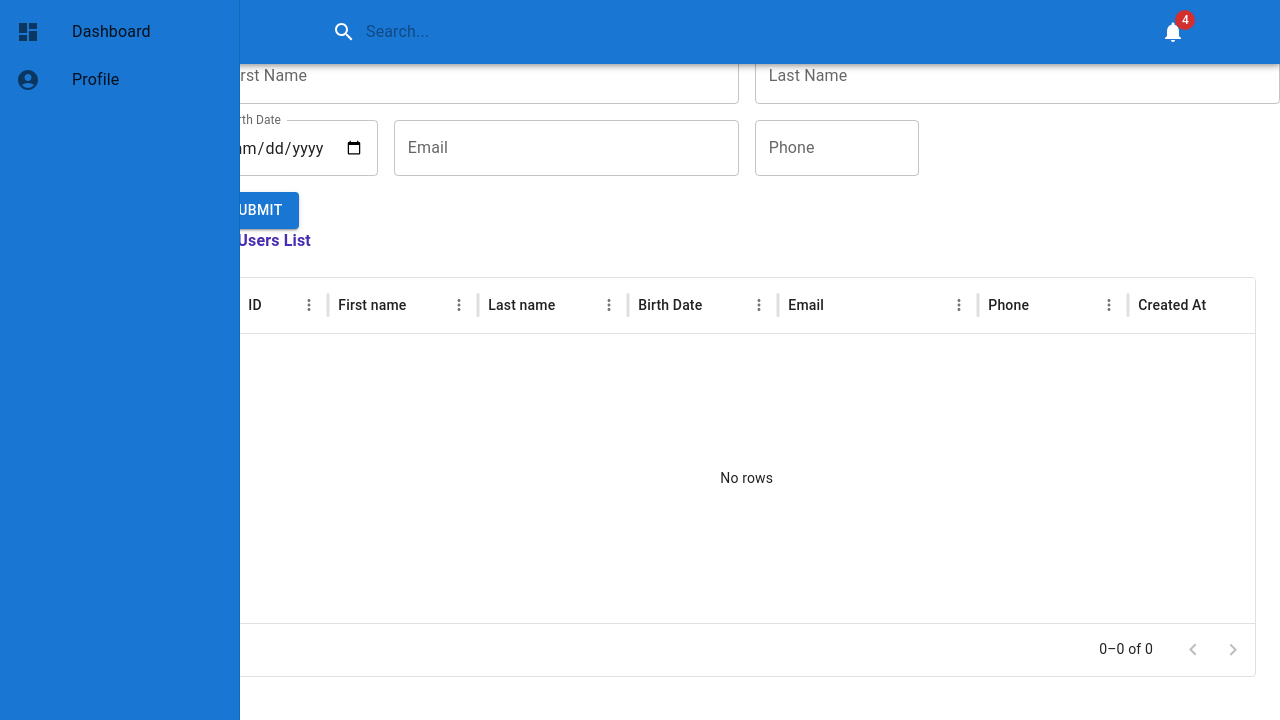
Repository: lenx0/front-client-manager
Page: /
The author's editor kept a copy of each file at every save. The page is drawn from the files as they stood at one save, then again after the next save.
The browser window is 1280 px wide. The pictures show the whole page.
The page's requests for data from a server got no answer. The project was rebuilt for these pictures with package versions that can differ from the ones it lists, and the page was loaded fresh each time. No one was signed in, and anything a server would have sent is missing. Also part of the build but not shown: vite.config.js, src/App.css.

Above is the page before, as saved 2024-06-25 12:39:35.

### index.html
<!doctype html>
<html lang="en">
  <head>
    <meta charset="UTF-8" />
    <meta name="viewport" content="width=device-width, initial-scale=1.0" />
    <title>Client Manager</title>
  </head>
  <body>
    <div id="root"></div>
    <script type="module" src="/src/main.jsx"></script>
  </body>
</html>

### src/App.jsx
import { Box, Grid } from '@mui/material'
import './App.css'
import UserForm from './components/UserForm'
import UserList from './components/UserList'
import Header from './components/Layout/Header'
import Sidebar from './components/Layout/Sidebar'

function App() {

  return (
    <Grid container>
      <Grid item xs={12}>
        <Header />
      </Grid>
      <Grid item xs={2}>
        <Sidebar />
      </Grid>
      <Grid item xs={10}>
        <UserForm />
        <UserList />
      </Grid>
    </Grid>
  )
}

export default App

### src/components/UserForm.jsx
import React from 'react';
import { useForm } from 'react-hook-form';
import CustomInput from './CustomInput';
import { Button, Grid, Typography } from '@mui/material';
import axios from 'axios';

const UserForm = () => {
  const { handleSubmit, control, reset } = useForm();

  const onSubmit = async (data) => {
    try {
      const response = await axios.post('http://localhost:3100/v1/users/create', data);
      console.log('Dados enviados com sucesso:', response.data);
      reset();
    } catch (error) {
      console.error('Erro ao enviar dados:', error);
    }
  };

  return (
    <Grid container direction="column" xs={12}>
      <Typography fontWeight={700} pb={3} color="#492cb3">
        General Details
      </Typography>
      <form onSubmit={handleSubmit(onSubmit)}>
        <Grid container spacing={2}>
          <Grid item xs={6}>
            <CustomInput
              name="firstName"
              control={control}
              label="First Name"
              rules={{ required: 'First name is required' }}
            />
          </Grid>
          <Grid item xs={6}>
            <CustomInput
              name="lastName"
              control={control}
              label="Last Name"
              rules={{ required: 'Last name is required' }}
            />
          </Grid>
          <Grid item xs={2}>
            <CustomInput
              name="birthDate"
              control={control}
              label="Birth Date"
              placeHolder="none"
              type="date"
              rules={{ required: 'Birth date is required' }}
              defaultValue=""
            />
          </Grid>
          <Grid item xs={4}>
            <CustomInput
              name="email"
              control={control}
              label="Email"
              type="email"
              rules={{
                required: 'Email is required',
                pattern: {
                  value: /^[a-zA-Z0-9_.+-]+@[a-zA-Z0-9-]+\.[a-zA-Z0-9-.]+$/,
                  message: 'Enter a valid email address',
                },
              }}
            />
          </Grid>
          <Grid item xs={2}>
            <CustomInput
              name="phone"
              control={control}
              label="Phone"
              rules={{ required: 'Phone number is required' }}
            />
          </Grid>
          <Grid item xs={12}>
            <Button type="submit" variant="contained" color="primary">
              Submit
            </Button>
          </Grid>
        </Grid>
      </form>
    </Grid>
  );
};

export default UserForm;

### src/components/UserList/index.jsx
import React, { useState, useEffect } from 'react';
import { DataGrid } from '@mui/x-data-grid';
import axios from 'axios';
import { Box, Container, Typography } from '@mui/material';

const UserList = () => {
  const [users, setUsers] = useState([]);
  const [loading, setLoading] = useState(true);

  useEffect(() => {
    const fetchUsers = async () => {
      try {
        const response = await axios.get('http://localhost:3100/v1/users/list');
        setUsers(response.data);
        setLoading(false);
      } catch (error) {
        console.error('Erro ao buscar usuários:', error);
        setLoading(false);
      }
    };

    fetchUsers();
  }, []);

  const columns = [
    { field: 'id', headerName: 'ID', width: 90 },
    { field: 'firstName', headerName: 'First name', width: 150 },
    { field: 'lastName', headerName: 'Last name', width: 150 },
    { field: 'birthDate', headerName: 'Birth Date', width: 150 },
    { field: 'email', headerName: 'Email', width: 200 },
    { field: 'phone', headerName: 'Phone', width: 150 },
    { field: 'moment', headerName: 'Created At', width: 180 },
  ];

  const rows = users.map((user, index) => ({
    id: index + 1,
    ...user,
  }));

  return (
    <Container>
      <Typography fontWeight={700} pb={3} color="#492cb3">Users List</Typography>
      <Box style={{ height: 400, width: '100%' }}>
        <DataGrid
          rows={rows}
          columns={columns}
          pageSize={5}
          rowsPerPageOptions={[5]}
          loading={loading}
          pagination
          paginationMode="client"
          initialState={{
            pagination: {
              paginationModel: { page: 1, pageSize: 5 }
            },
            sorting: {
              sortModel: [{ field: 'orderDate', sort: 'desc' }]
            }
          }}
        />
      </Box>
    </Container>
  );
};

export default UserList;

### src/components/Layout/Header.jsx
import React from 'react';
import { AppBar, Toolbar, Typography, InputBase, IconButton, Badge, Grid } from '@mui/material';
import MenuIcon from '@mui/icons-material/Menu';
import SearchIcon from '@mui/icons-material/Search';
import NotificationsIcon from '@mui/icons-material/Notifications';

const Header = () => {
  return (
    <AppBar position="fixed">
      <Toolbar>
        <Grid container alignItems="center">
          <Grid item xs={1}>
            <IconButton
              size="large"
              edge="start"
              color="inherit"
              aria-label="open drawer"
            >
              <MenuIcon />
            </IconButton>
          </Grid>
          <Grid item xs={2}>
            <Typography variant="h6" noWrap>
              Logo
            </Typography>
          </Grid>
          <Grid item xs={8}>
            <div style={{ display: 'flex', alignItems: 'center' }}>
              <SearchIcon style={{ marginRight: '10px' }} />
              <InputBase
                placeholder="Search..."
                inputProps={{ 'aria-label': 'search' }}
                fullWidth
              />
            </div>
          </Grid>
          <Grid item xs={1}>
            <IconButton color="inherit">
              <Badge badgeContent={4} color="error">
                <NotificationsIcon />
              </Badge>
            </IconButton>
          </Grid>
        </Grid>
      </Toolbar>
    </AppBar>
  );
};

export default Header;

### src/components/Layout/Sidebar.jsx
import React from 'react';
import { Drawer, Icon, List, ListItem, ListItemIcon, ListItemText } from '@mui/material';
import { Dashboard as DashboardIcon, AccountCircle as AccountCircleIcon } from '@mui/icons-material';

const Sidebar = () => {
  return (
    <Drawer
      variant="permanent"
      sx={{
        width: 240,
        flexShrink: 0,
        '& .MuiDrawer-paper': {
          width: 240,
          boxSizing: 'border-box',
          backgroundColor: '#1976d2',
        },
      }}
    >
      <List>
        <ListItem button>
          <ListItemIcon>
            <DashboardIcon />
          </ListItemIcon>
          <ListItemText primary="Dashboard" />
        </ListItem>
        <ListItem button>
          <ListItemIcon>
            <AccountCircleIcon />
          </ListItemIcon>
          <ListItemText primary="Profile" />
        </ListItem>
      </List>
    </Drawer>
  );
};

export default Sidebar;

### src/components/CustomInput.jsx
import React from 'react';
import { Controller } from 'react-hook-form';
import TextField from '@mui/material/TextField';

const CustomInput = ({ name, control, label, type = 'text', rules, defaultValue = '' }) => {
  return (
    <Controller
      name={name}
      control={control}
      defaultValue={defaultValue}
      rules={rules}
      render={({ field, fieldState: { error } }) => (
        <TextField
          {...field}
          label={label}
          type={type}
          error={!!error}
          helperText={error ? error.message : null}
          variant="outlined"
          InputLabelProps={type === 'date' ? { shrink: true } : {}}
          fullWidth
        />
      )}
    />
  );
};

export default CustomInput;

Loaded but not shown: src/main.jsx (common file); src/index.css (common file)

After the next save:
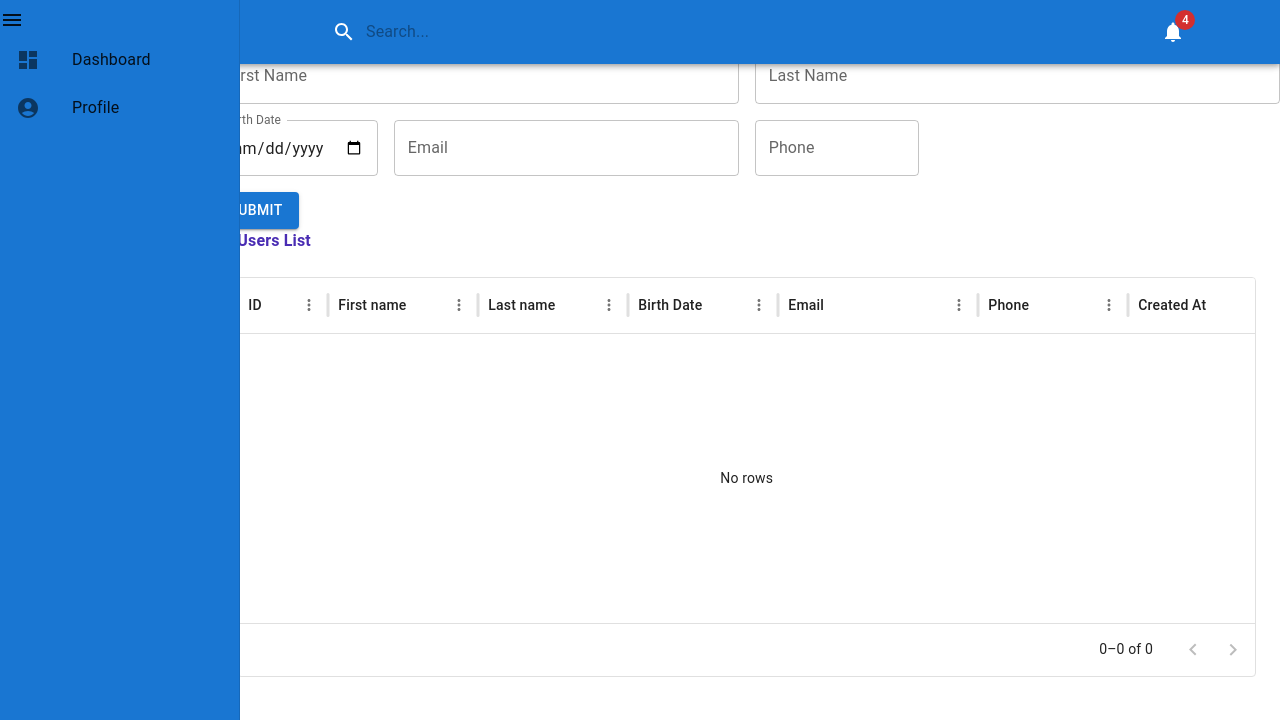
Saved 46 s later.
--- a/src/components/Layout/Sidebar.jsx
+++ b/src/components/Layout/Sidebar.jsx
@@ -1,6 +1,7 @@
 import React from 'react';
 import { Drawer, Icon, List, ListItem, ListItemIcon, ListItemText } from '@mui/material';
 import { Dashboard as DashboardIcon, AccountCircle as AccountCircleIcon } from '@mui/icons-material';
+import MenuIcon from '@mui/icons-material/Menu';
 
 const Sidebar = () => {
   return (
@@ -17,6 +18,7 @@ const Sidebar = () => {
       }}
     >
       <List>
+        <MenuIcon />
         <ListItem button>
           <ListItemIcon>
             <DashboardIcon />
